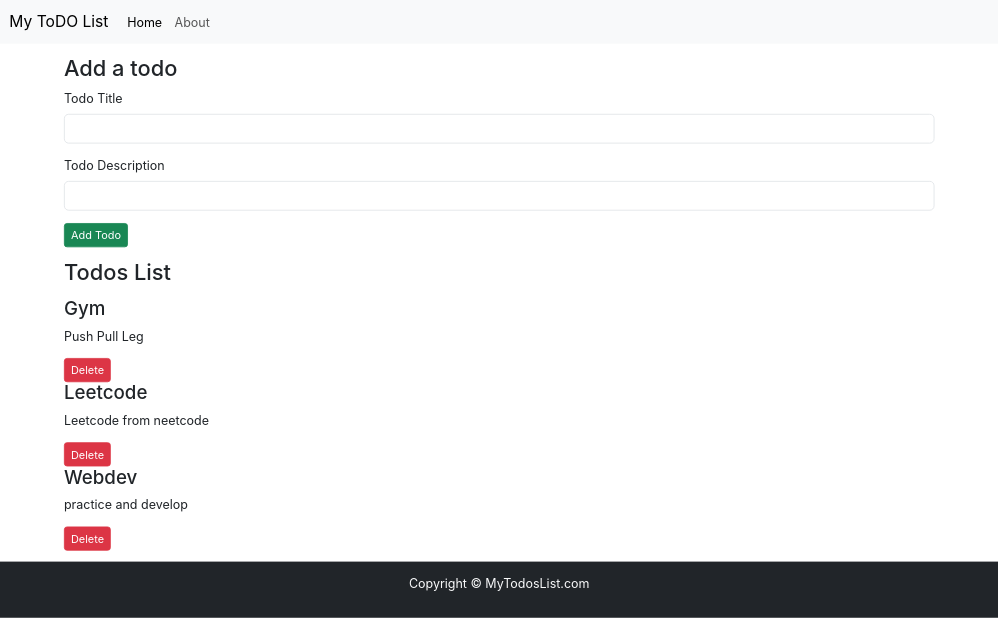
Repository: AshwinUgale/ToDoList
Page: /
The author's editor kept a copy of each file at every save. The page is drawn from the files as they stood at one save, then again after the next save.
The browser window is 1280 px wide. The pictures show the whole page, at 78% of full size.
The project was rebuilt for these pictures with package versions that can differ from the ones it lists, and the page was loaded fresh each time. Also part of the build but not shown: src/App.css.

Above is the page before, as saved 2024-12-21 17:22:07.

After the next save:
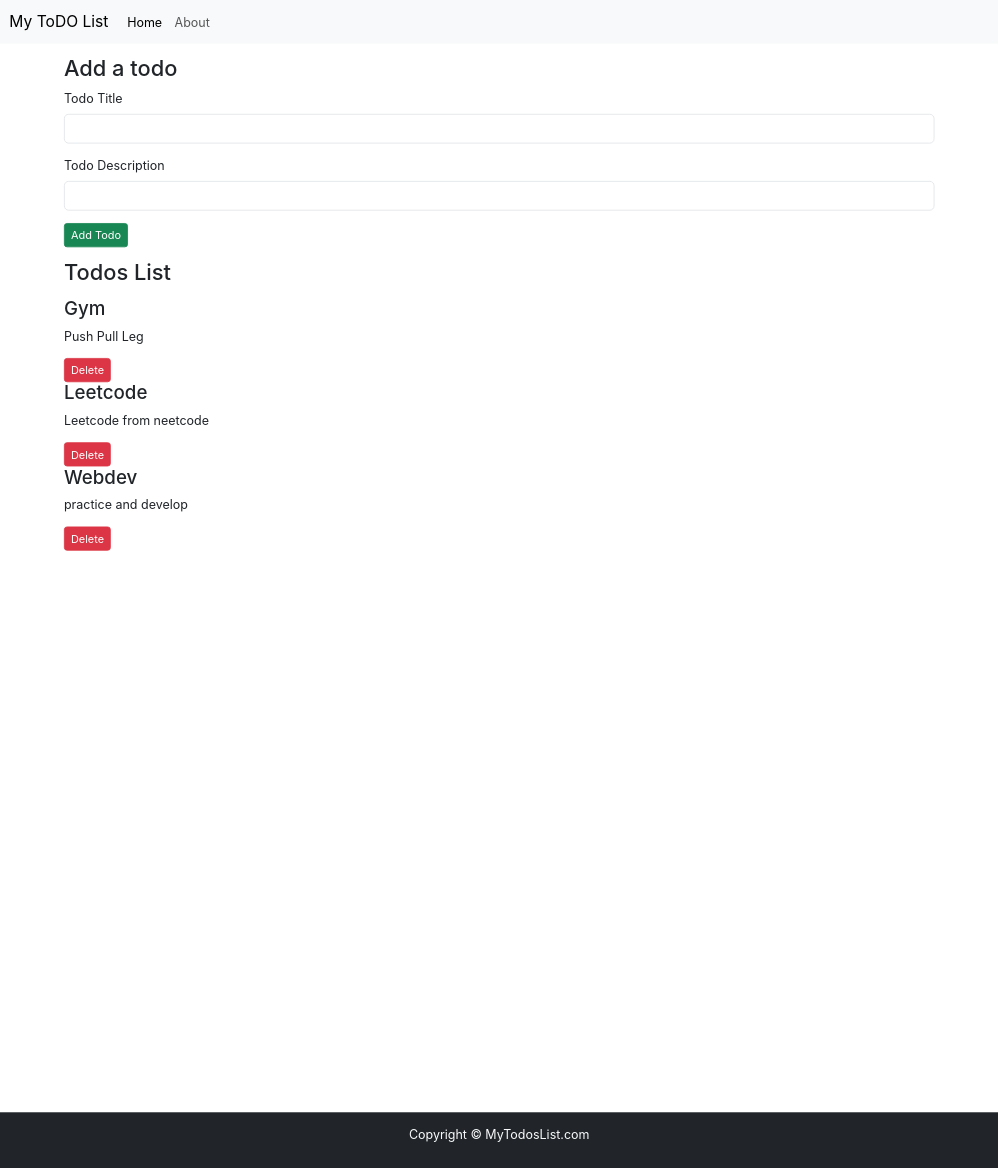
Saved 58 s later.
--- a/src/MyComponents/Footer.js
+++ b/src/MyComponents/Footer.js
@@ -2,7 +2,7 @@ import React from 'react'
 
 export const Footer = () => {
   let footerStyle = {
-    position: "absolute",
+    position: "relative",
     top: "100vh",
     width: "100%",
   }
